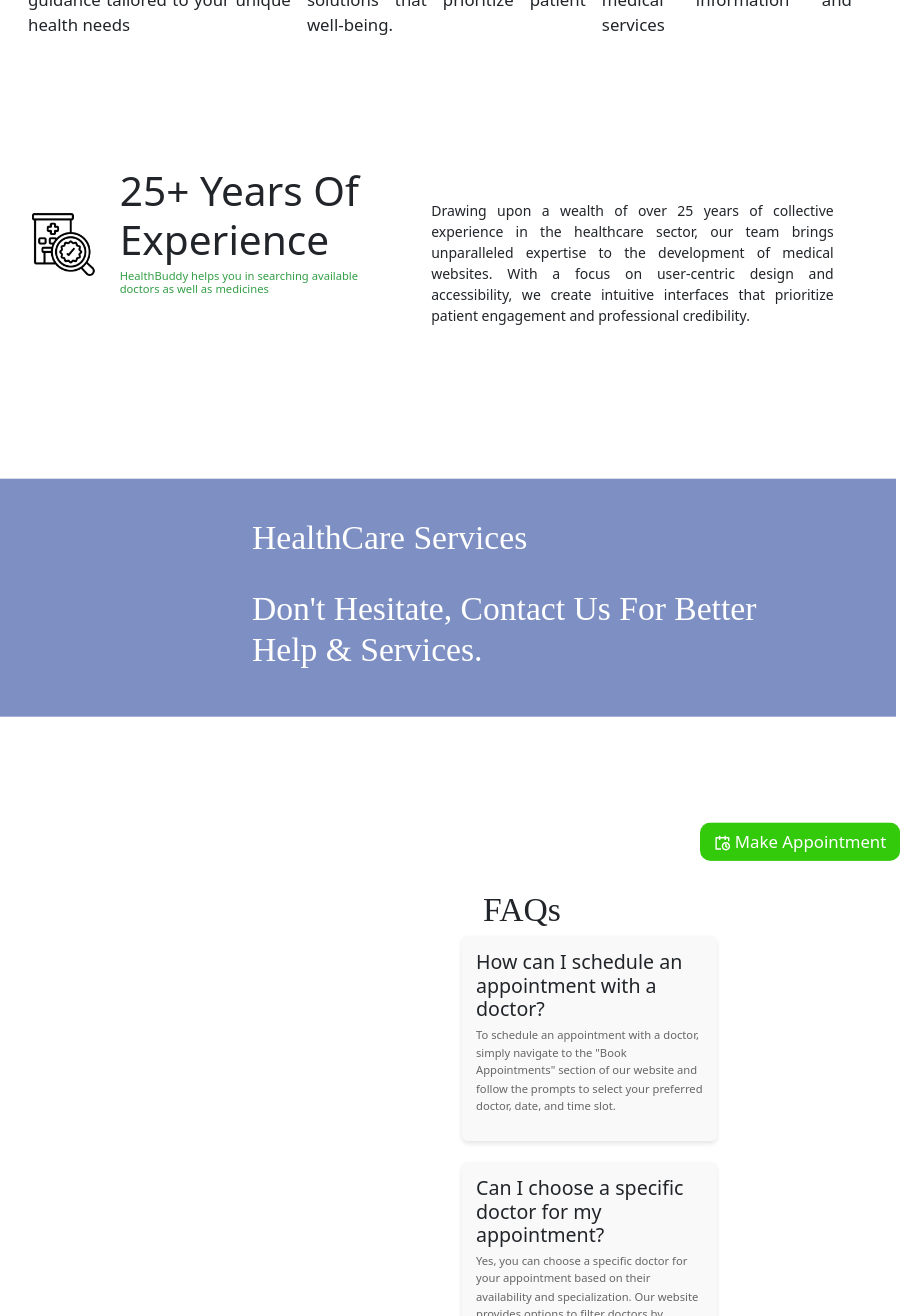
Repository: WajihaGul/MedicalApp-Frontend
Page: /
These files come from the project's save history. The page is drawn as it stood at one moment and after the next save; the edit follows.
The browser window is 1280 px wide. The page is 1286 px wide, so the pictures cover 1286 px, including what lies to the right of the window. The pictures show the part of the page from y = 1277 to 3157 px (the page is 4880 px tall before and 4889 px after), at 70% of full size.
The project was rebuilt for these pictures with package versions that can differ from the ones it lists, and the page was loaded fresh each time. Also part of the build but not shown: vite.config.js, src/index.css, src/App.css.

Above is the page before, as saved 2024-05-08 22:27:15.

After the next save:
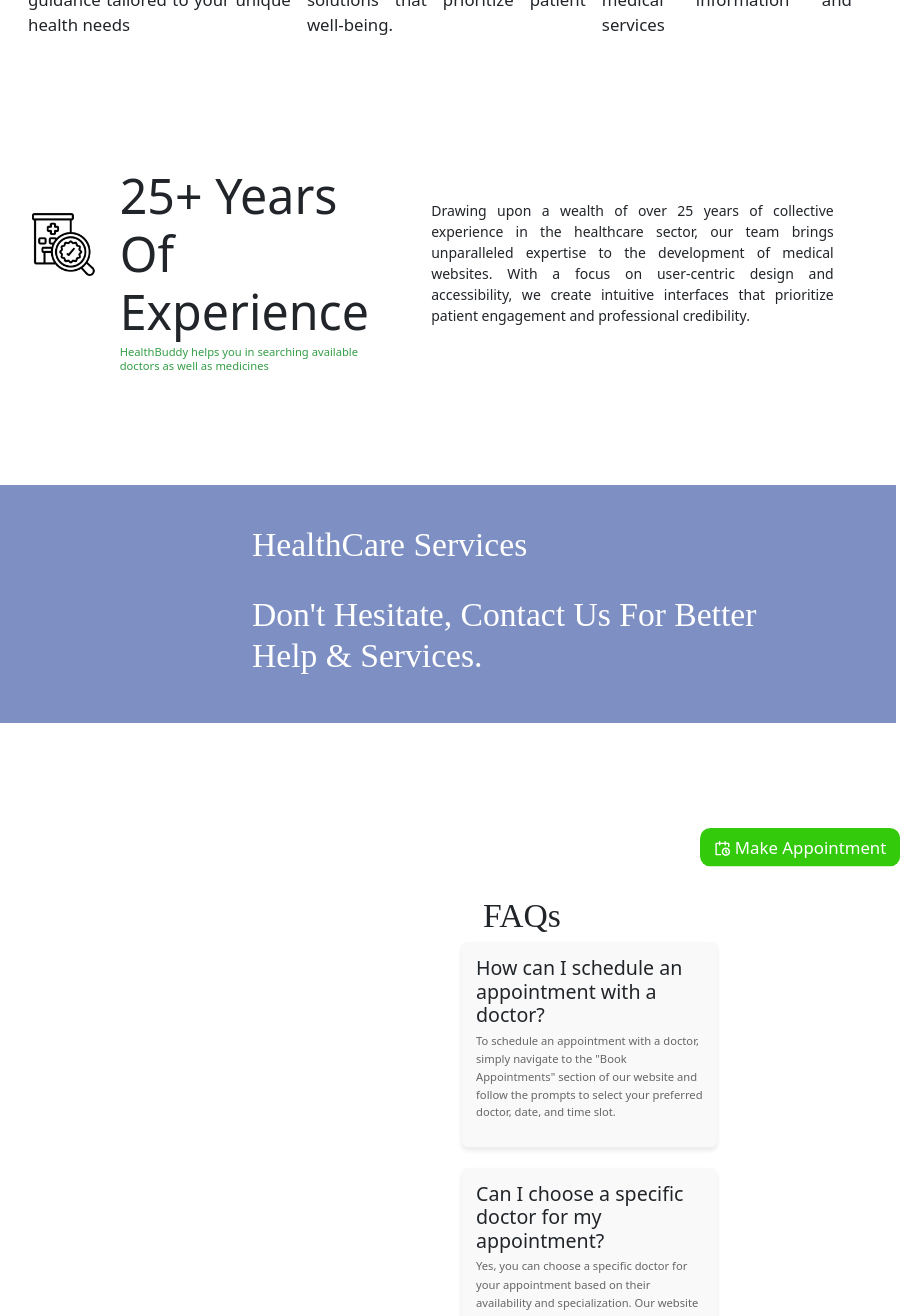
Saved 12 min 46 s later.
--- a/src/Components/Experience/Experience.module.css
+++ b/src/Components/Experience/Experience.module.css
@@ -23,7 +23,7 @@
   padding-right: 30px;
 }
 .ehead1{
-  font-size: 58px
+  font-size: 69px;
 }
 
 .eimg{
